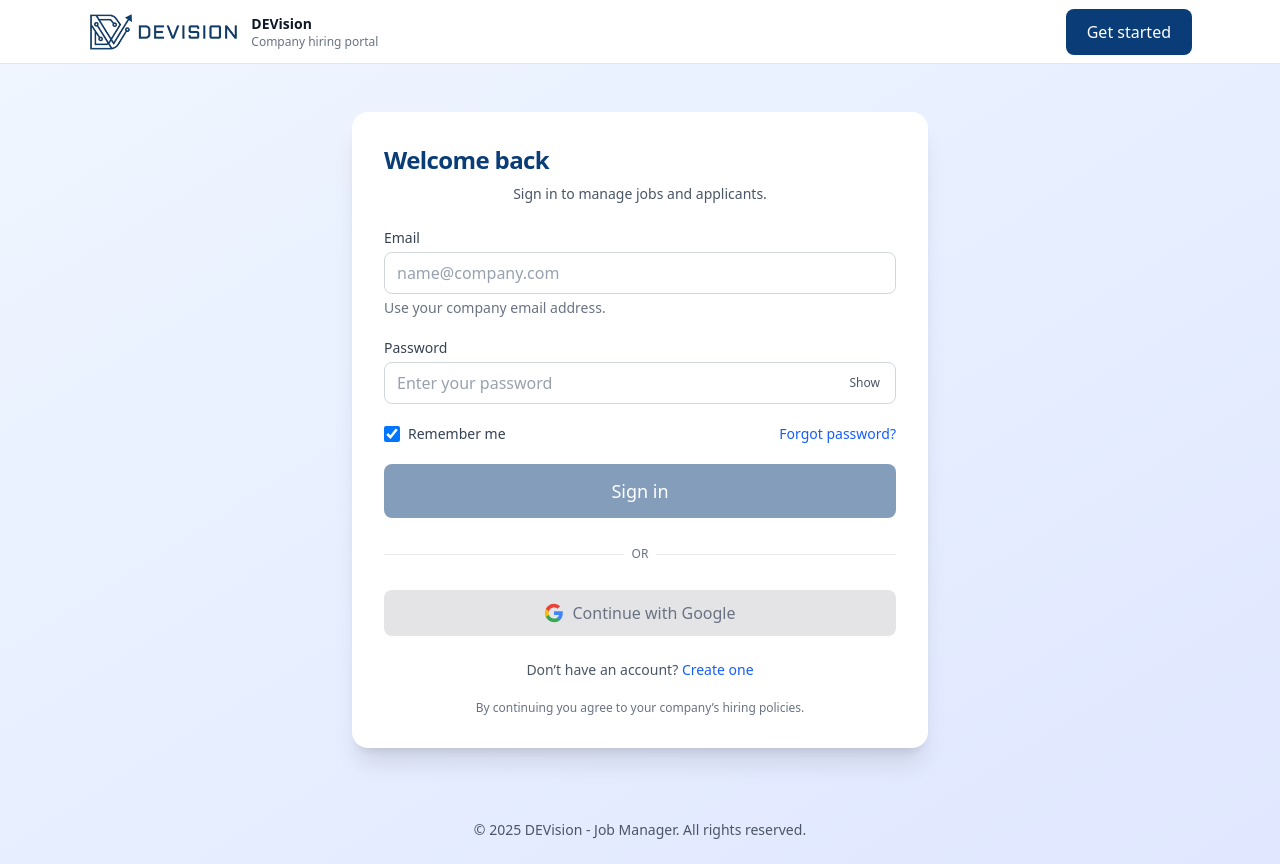
Repository: ISYS3461-2025C-Mulan-DEVision/JobManager_FE
Page: /login
An editor plug-in stored every save of this project. The page is shown before and after the next save, followed by the edit.
The browser window is 1280 px wide. The pictures show the whole page.
The page's requests for data from a server got no answer. The project was rebuilt for these pictures with package versions that can differ from the ones it lists, and the page was loaded fresh each time. No one was signed in, and anything a server would have sent is missing. Also part of the build but not shown: vite.config.js, src/components/ui/Card/Card.tsx, src/components/ui/Spinner/Spinner.tsx, src/components/ui/Alert/Alert.tsx, src/pages/Home.tsx, src/components/headless/Table/Table.tsx, src/components/headless/Modal/Modal.tsx, src/components/feature/Authentication/CompanySignup/CompanySignupForm.tsx and 4 more.

Above is the page before, as saved 2025-12-12 16:03:51.

### index.html
<!doctype html>
<html lang="en">
  <head>
    <meta charset="UTF-8" />
    <link rel="icon" type="image/svg+xml" href="/logo/logo-icon.png" />
    <meta name="viewport" content="width=device-width, initial-scale=1.0" />
    <title>jobmanager-fe</title>
  </head>
  <body>
    <div id="root"></div>
    <script type="module" src="/src/main.jsx"></script>
  </body>
</html>

### src/main.tsx
import React, { StrictMode } from "react";
import { createRoot } from "react-dom/client";
import "./index.css";
import { BrowserRouter } from "react-router-dom";
import App from "./App.js";
import { Provider } from "react-redux";
import store from "./store/index.js";

const container = document.getElementById("root")!;
if (!container) {
    throw new Error("Root container not found");
} else {
    createRoot(container).render(
        <StrictMode>
            <Provider store={store}>
                <BrowserRouter>
                    <App />
                </BrowserRouter>
            </Provider>
        </StrictMode>,
    );
}

### src/index.css
@import "tailwindcss";

@theme {
  --color-heading: #0A3D78;
  --color-dark-blue: #1E293B;
  --color-background: #F8FAFC;
  --color-filled-button: #0A3D78;
}

html,
body {
    height: 100%;
}

:root {
    font-family: system-ui, -apple-system, Segoe UI, Roboto, Helvetica, Arial, sans-serif;
    line-height: 1.5;
    font-weight: 400;
    font-synthesis: none;
    text-rendering: optimizeLegibility;
    -webkit-font-smoothing: antialiased;
    -moz-osx-font-smoothing: grayscale;
}

body {
    margin: 0;
    min-width: 320px;
    min-height: 100vh;
    background: var(--color-background-color);
    color: #0f172a;
}


/* button {
    border-radius: 8px;
    border: 1px solid transparent;
    padding: 0.6em 1.2em;
    font-size: 1em;
    font-weight: 500;
    font-family: inherit;
    background-color: #1a1a1a;
    cursor: pointer;
    transition: border-color 0.25s;
}
button:hover {
    border-color: #646cff;
}
button:focus,
button:focus-visible {
    outline: 4px auto -webkit-focus-ring-color;
} */

### src/App.tsx
import { Routes, Route } from "react-router-dom";
import Home from "./pages/Home";
import LoginPage from "./pages/LoginPage";
import RegistrationPage from "./pages/RegistrationPage";
import AppHeader from "./components/common/AppHeader";

function App() {
    return (
        <div className="min-h-screen bg-background">
            <AppHeader />
            <main>
                <Routes>
                    <Route path="/" element={<Home />} />
                    <Route path="/login" element={<LoginPage />} />
                    <Route path="/register" element={<RegistrationPage />} />
                </Routes>
            </main>
        </div>
    );
}

export default App;

### src/store/index.ts
import configureStore from "./configureStore";
const store = configureStore();
export default store;

### src/pages/LoginPage.tsx
import React from "react";
import { CompanyLogin } from "../components/feature/Authentication/CompanyLogin";
import AuthLayout from "../layout/AuthLayout";

export default function LoginPage() {
    return (
        <AuthLayout>
            <CompanyLogin />
        </AuthLayout>
    );
}

### src/store/configureStore.ts
import { createStore, applyMiddleware, Store } from "redux";
import { createLogger } from "redux-logger";
import createSagaMiddleware from "redux-saga";
import { enableBatching } from "redux-batched-actions";
import createReducer from "./reducers";
import rootSaga from "./saga";

const configureStore = (initialState = {}): Store => {
    const rootReducer = createReducer();
    const sagaMiddleware = createSagaMiddleware();

    const middlewares = [sagaMiddleware];

    const isDev = import.meta.env.VITE_NODE_ENV === "development";

    if (isDev) {
        const loggerMiddleware = createLogger({
            collapsed: () => true,
        });
        (middlewares as any[]).push(loggerMiddleware);
    }

    const store = createStore(
        enableBatching(rootReducer),
        initialState,
        applyMiddleware(...middlewares),
    );

    sagaMiddleware.run(rootSaga);

    return store;
};

export default configureStore;

### src/components/ui/index.ts
// UI Components - Presentational components with styling
export * from "./Button";
export * from "./Input";
export * from "./Card";
export * from "./Spinner";
export * from "./Alert";
export * from "./GoogleLogo";

### src/components/feature/Authentication/CompanyLogin/index.ts
export { CompanyLogin } from "./CompanyLogin";

### src/store/reducers.ts
import { combineReducers } from "redux";
import { reducers } from "../redux";
import _ from "lodash";

const appReducer = combineReducers(reducers);
export default function createReducer() {
    const rootReducer = (state, action) => {
        if (action.type === "FORCE_UPDATE_GLOBAL_STATE") {
            return appReducer(_.cloneDeep(action.payload), action as never);
        }
        return appReducer(state, action as never);
    };

    return rootReducer;
}

### src/store/saga.ts
import { all, fork } from "redux-saga/effects";
import { sagas } from "../redux";

export default function* rootSaga() {
    yield all([...Object.values(sagas)].map(fork));
}

### src/components/ui/Button/index.ts
export { Button } from "./Button";
export type { ButtonProps } from "./Button";

### src/components/ui/Input/index.ts
export { Input } from "./Input";
export type { InputProps } from "./Input";

### src/components/ui/Card/index.ts
export { Card, CardHeader, CardBody, CardFooter } from "./Card";
export type { CardProps } from "./Card";

### src/components/ui/Spinner/index.ts
export { Spinner } from "./Spinner";
export type { SpinnerProps } from "./Spinner";

### src/components/ui/Alert/index.ts
export { Alert } from "./Alert";
export type { AlertProps } from "./Alert";

### src/components/ui/GoogleLogo/index.ts
export { GoogleLogo } from "./GoogleLogo";
export type { GoogleLogoProps } from "./GoogleLogo";

### src/components/feature/Authentication/CompanyLogin/CompanyLogin.tsx
import React from "react";
import { HeadlessForm } from "@/components/headless";
import { CompanyLoginForm } from "./CompanyLoginForm";
import { useCompanyLogin } from "./hooks/useCompanyLogin";
import { LoginPayload } from "../api/AuthService";

// Validation function
const validateLoginForm = (values: LoginPayload) => {
    const errors: Partial<Record<keyof LoginPayload, string>> = {};

    if (!values.email) {
        errors.email = "Email is required";
    } else if (!/^[A-Z0-9._%+-]+@[A-Z0-9.-]+\.[A-Z]{2,}$/i.test(values.email)) {
        errors.email = "Invalid email address";
    }

    if (!values.password) {
        errors.password = "Password is required";
    } else if (values.password.length < 6) {
        errors.password = "Password must be at least 6 characters";
    }

    return errors;
};

export const CompanyLogin: React.FC = () => {
    const { login, isLoading, error, clearError } = useCompanyLogin();

    return (
        <HeadlessForm<LoginPayload>
            initialValues={{ email: "", password: "" }}
            onSubmit={login}
            validate={validateLoginForm}
        >
            {({ values, errors, touched, handleChange, handleBlur }) => (
                <CompanyLoginForm
                    values={values}
                    errors={errors}
                    touched={touched}
                    handleChange={handleChange}
                    handleBlur={handleBlur}
                    isLoading={isLoading}
                    error={error}
                    onDismissError={clearError}
                />
            )}
        </HeadlessForm>
    );
};

### src/redux/index.ts
const loadModules = (modules: Record<string, any>, hasDefault = false) =>
    Object.entries(modules).map(([path, mod]) => {
        const parts = path.split("/");
        return {
            name: parts.at(-1)!.replace(".js", "").toUpperCase(),
            key: parts.at(-2)!,
            data: hasDefault ? mod.default : mod,
        };
    });

const rawActions = loadModules(
    import.meta.glob("./**/actions.ts", { eager: true }),
    true,
);

const rawTypes = loadModules(
    import.meta.glob("./**/types.ts", { eager: true }),
    false,
);

const rawReducers = loadModules(
    import.meta.glob("./**/reducer.ts", { eager: true }),
    true,
);

const rawSagas = loadModules(
    import.meta.glob("./**/saga.ts", { eager: true }),
    false,
);

// Final exports
export const actions = rawActions.reduce((p, e) => ({ ...p, ...e.data }), {});
export const types = rawTypes.reduce((p, e) => ({ ...p, ...e.data }), {});
export const reducers = rawReducers.reduce(
    (p, e) => ({ ...p, [e.key]: e.data }),
    {},
);
export const sagas = rawSagas.reduce((p, e) => ({ ...p, ...e.data }), {});

### src/components/ui/GoogleLogo/GoogleLogo.tsx
import React from "react";
import clsx from "clsx";

export interface GoogleLogoProps {
    size?: "sm" | "md" | "lg";
    className?: string;
}

export const GoogleLogo: React.FC<GoogleLogoProps> = ({
    size = "md",
    className,
}) => {
    const sizeClasses = {
        sm: "w-4 h-4",
        md: "w-5 h-5",
        lg: "w-6 h-6",
    };

    return (
        <svg
            className={clsx(sizeClasses[size], className)}
            viewBox="0 0 24 24"
            xmlns="http://www.w3.org/2000/svg"
        >
            <path
                d="M22.56 12.25c0-.78-.07-1.53-.2-2.25H12v4.26h5.92c-.26 1.37-1.04 2.53-2.21 3.31v2.77h3.57c2.08-1.92 3.28-4.74 3.28-8.09z"
                fill="#4285F4"
            />
            <path
                d="M12 23c2.97 0 5.46-.98 7.28-2.66l-3.57-2.77c-.98.66-2.23 1.06-3.71 1.06-2.86 0-5.29-1.93-6.16-4.53H2.18v2.84C3.99 20.53 7.7 23 12 23z"
                fill="#34A853"
            />
            <path
                d="M5.84 14.09c-.22-.66-.35-1.36-.35-2.09s.13-1.43.35-2.09V7.07H2.18C1.43 8.55 1 10.22 1 12s.43 3.45 1.18 4.93l2.85-2.22.81-.62z"
                fill="#FBBC05"
            />
            <path
                d="M12 5.38c1.62 0 3.06.56 4.21 1.64l3.15-3.15C17.45 2.09 14.97 1 12 1 7.7 1 3.99 3.47 2.18 7.07l3.66 2.84c.87-2.6 3.3-4.53 6.16-4.53z"
                fill="#EA4335"
            />
        </svg>
    );
};

### src/components/headless/index.ts
// Headless Components - Logic without UI
export { HeadlessForm } from "./Form";
export { HeadlessTable } from "./Table";
export { useTable } from "./Table/useTable";
export { HeadlessModal } from "./Modal";

// Types
export * from "./types";
export type { TableColumn } from "./Table/useTable";

### src/components/feature/Authentication/CompanyLogin/CompanyLoginForm.tsx
import React from "react";
import { Link } from "react-router-dom";
import { Input, Button, Alert, GoogleLogo } from "@/components/ui";
import { LoginPayload } from "../api/AuthService";

interface CompanyLoginFormProps {
    values: LoginPayload;
    errors: Partial<Record<keyof LoginPayload, string>>;
    touched: Partial<Record<keyof LoginPayload, boolean>>;
    handleChange: (e: React.ChangeEvent<HTMLInputElement>) => void;
    handleBlur: (field: keyof LoginPayload) => void;
    isLoading: boolean;
    error: string | null;
    onDismissError?: () => void;
}

export const CompanyLoginForm: React.FC<CompanyLoginFormProps> = ({
    values,
    errors,
    touched,
    handleChange,
    handleBlur,
    isLoading,
    error,
    onDismissError,
}) => {
    const [showPassword, setShowPassword] = React.useState(false);
    const [capsLockOn, setCapsLockOn] = React.useState(false);
    const [rememberMe, setRememberMe] = React.useState(true);
    const [showResetHint, setShowResetHint] = React.useState(false);

    const apiBase = import.meta.env.VITE_API_URL ?? "";

    return (
        <div className="w-full">
            <h2 className="text-2xl font-bold tracking-tight text-heading">Welcome back</h2>
            <div className="text-center">

                <p className="mt-2 text-sm text-gray-600">Sign in to manage jobs and applicants.</p>
            </div>

            {error && (
                <Alert type="error" className="mt-6" onClose={onDismissError} title="Sign-in failed">
                    {error}
                </Alert>
            )}

            {showResetHint && (
                <Alert type="info" className="mt-4" onClose={() => setShowResetHint(false)} title="Password reset">
                    Password reset isn’t implemented yet.
                </Alert>
            )}

            <div className="mt-6 space-y-5">
                <Input
                    label="Email"
                    id="email"
                    name="email"
                    type="email"
                    autoComplete="email"
                    required
                    placeholder="name@company.com"
                    value={values.email}
                    onChange={handleChange}
                    onBlur={() => handleBlur("email")}
                    error={touched.email ? errors.email : undefined}
                    helperText={!touched.email ? "Use your company email address." : undefined}
                    fullWidth
                />

                <Input
                    label="Password"
                    id="password"
                    name="password"
                    type={showPassword ? "text" : "password"}
                    autoComplete="current-password"
                    required
                    placeholder="Enter your password"
                    value={values.password}
                    onChange={handleChange}
                    onBlur={() => handleBlur("password")}
                    onKeyUp={(e) => setCapsLockOn((e as any).getModifierState?.("CapsLock") ?? false)}
                    error={touched.password ? errors.password : undefined}
                    helperText={capsLockOn ? "Caps Lock is on." : undefined}
                    endAdornment={
                        <button
                            type="button"
                            onClick={() => setShowPassword((s) => !s)}
                            className="rounded-md px-2 py-1 text-xs font-medium text-gray-600 hover:bg-gray-100"
                            aria-label={showPassword ? "Hide password" : "Show password"}
                        >
                            {showPassword ? "Hide" : "Show"}
                        </button>
                    }
                    fullWidth
                />

                <div className="flex items-center justify-between">
                    <label className="flex items-center gap-2 text-sm text-gray-700">
                        <input
                            type="checkbox"
                            checked={rememberMe}
                            onChange={(e) => setRememberMe(e.target.checked)}
                            className="h-4 w-4 rounded border-gray-300 text-blue-600 focus:ring-blue-500"
                        />
                        Remember me
                    </label>

                    <button
                        type="button"
                        className="text-sm font-medium text-blue-600 hover:text-blue-500"
                        onClick={() => {
                            setShowResetHint(true);
                        }}
                    >
                        Forgot password?
                    </button>
                </div>

                <Button
                    type="submit"
                    variant="primary"
                    size="lg"
                    fullWidth
                    isLoading={isLoading}
                    disabled={!values.email || !values.password}
                >
                    Sign in
                </Button>

                <div className="relative py-2">
                    <div className="absolute inset-0 flex items-center" aria-hidden="true">
                        <div className="w-full border-t border-gray-200" />
                    </div>
                    <div className="relative flex justify-center">
                        <span className="bg-white px-2 text-xs font-medium text-gray-500">OR</span>
                    </div>
                </div>

                <Button
                    type="button"
                    variant="secondary"
                    onClick={() => {
                        const target = `${apiBase}/auth/google`;
                        window.location.href = target;
                    }}
                    className="w-full inline-flex items-center justify-center"
                >
                    <GoogleLogo className="mr-2" />
                    Continue with Google
                </Button>

                <p className="pt-1 text-center text-sm text-gray-600">
                    Don’t have an account?{" "}
                    <Link to="/register" className="font-medium text-blue-600 hover:text-blue-500">
                        Create one
                    </Link>
                </p>

                <p className="text-center text-xs text-gray-500">
                    By continuing you agree to your company’s hiring policies.
                </p>
            </div>
        </div>
    );
};

### src/components/feature/Authentication/CompanyLogin/hooks/useCompanyLogin.ts
import { useState } from "react";
import AuthService, { LoginPayload } from "../../api/AuthService";

export const useCompanyLogin = () => {
    const [isLoading, setIsLoading] = useState(false);
    const [error, setError] = useState<string | null>(null);

    const clearError = () => setError(null);

    const login = async (formData: LoginPayload) => {
        setIsLoading(true);
        setError(null);

        try {
            await AuthService.loginCompany(formData);
            // Handle success (e.g., redirect, store token)
            console.log("Login successful");
        } catch (err) {
            setError("Failed to login. Please check your credentials.");
            console.error(err);
        } finally {
            setIsLoading(false);
        }
    };

    return {
        login,
        isLoading,
        error,
        clearError,
    };
};

### src/redux/app/actions.ts
import * as types from "./type";

const setLoading = (payload: boolean) => ({ type: types.SET_LOADING, payload });
const setError = (payload: string | null) => ({
    type: types.SET_ERROR,
    payload,
});
const setInitialized = (payload: boolean) => ({
    type: types.SET_INITIALIZED,
    payload,
});
const reset = () => ({ type: types.RESET });

const toggleLoadingAsync = (payload: boolean) => ({
    type: types.TOGGLE_LOADING_ASYNC,
    payload,
});

export default {
    setLoading,
    setError,
    setInitialized,
    reset,
    toggleLoadingAsync,
};

### src/redux/app/reducer.ts
import * as types from "./type";
export interface AppState {
    loading: boolean;
    error: string | null;
    initialized?: boolean;
    test: string;
}

const INITIAL_STATE: AppState = {
    loading: true,
    error: null,
    initialized: false,
    test: "test",
};

type Action = { type: string; payload?: any };

export default function appReducer(
    state: AppState = INITIAL_STATE,
    action: Action,
): AppState {
    switch (action.type) {
        case types.SET_LOADING:
            return { ...state, loading: !!action.payload };
        case types.SET_ERROR:
            return { ...state, error: action.payload ?? null, loading: false };
        case types.SET_INITIALIZED:
            return { ...state, initialized: !!action.payload };
        case types.RESET:
            return { ...INITIAL_STATE };
        default:
            return state;
    }
}

### src/redux/app/saga.ts
import { takeEvery, put, delay } from "redux-saga/effects";
import * as types from "./type";
import actions from "./actions";

function* handleToggleLoading(action: any) {
    yield delay(300);
    yield put(actions.setLoading(action.payload));
}

export function* watchToggleLoading() {
    yield takeEvery(types.TOGGLE_LOADING_ASYNC, handleToggleLoading);
}

### src/components/headless/Form/index.ts
export { HeadlessForm } from "./Form";

### src/components/headless/Table/index.ts
export { HeadlessTable } from "./Table";
export { useTable } from "./useTable";
export type { TableColumn } from "./useTable";

### src/components/headless/Modal/index.ts
export { HeadlessModal } from "./Modal";

### src/components/feature/Authentication/api/AuthService.ts
// import { HttpClient } from "../../../../services/httpClient";

export interface LoginPayload {
    email: string;
    password: string;
}

export interface SignupPayload {
    companyName: string;
    email: string;
    password: string;
    confirmPassword: string;
}

export const loginCompany = async (payload: LoginPayload) => {
    // Replace with actual API endpoint
    // return HttpClient.post('/auth/company/login', payload);

    // Mock implementation for now
    console.log("Logging in company with:", payload);
    return new Promise((resolve) => {
        setTimeout(
            () =>
                resolve({
                    token: "mock-token",
                    user: { name: "Company Admin" },
                }),
            1000,
        );
    });
};

export const signupCompany = async (payload: SignupPayload) => {
    // Replace with actual API endpoint
    // return HttpClient.post('/auth/company/signup', payload);

    // Mock implementation for now
    console.log("Signing up company with:", payload);
    return new Promise((resolve) => {
        setTimeout(
            () =>
                resolve({
                    token: "mock-token",
                    user: { name: payload.companyName },
                }),
            1000,
        );
    });
};

const AuthService = {
    loginCompany,
    signupCompany,
};

export default AuthService;

### src/redux/app/type.ts
const prefix = "APP/";

export const SET_LOADING = `${prefix}SET_LOADING`;
export const SET_ERROR = `${prefix}SET_ERROR`;
export const SET_INITIALIZED = `${prefix}SET_INITIALIZED`;
export const RESET = `${prefix}RESET`;

// test async action
export const TOGGLE_LOADING_ASYNC = `${prefix}TOGGLE_LOADING_ASYNC`;

Loaded but not shown: src/components/ui/Button/Button.tsx (81 lines, source omitted); src/components/headless/Form/Form.tsx (93 lines, source omitted); src/components/ui/Input/Input.tsx (62 lines, source omitted); src/components/headless/types.ts (71 lines, source omitted); src/components/headless/Table/useTable.ts (76 lines, source omitted); src/layout/AuthLayout.tsx (41 lines, source omitted); src/components/common/AppHeader.tsx (43 lines, source omitted)

After the next save:
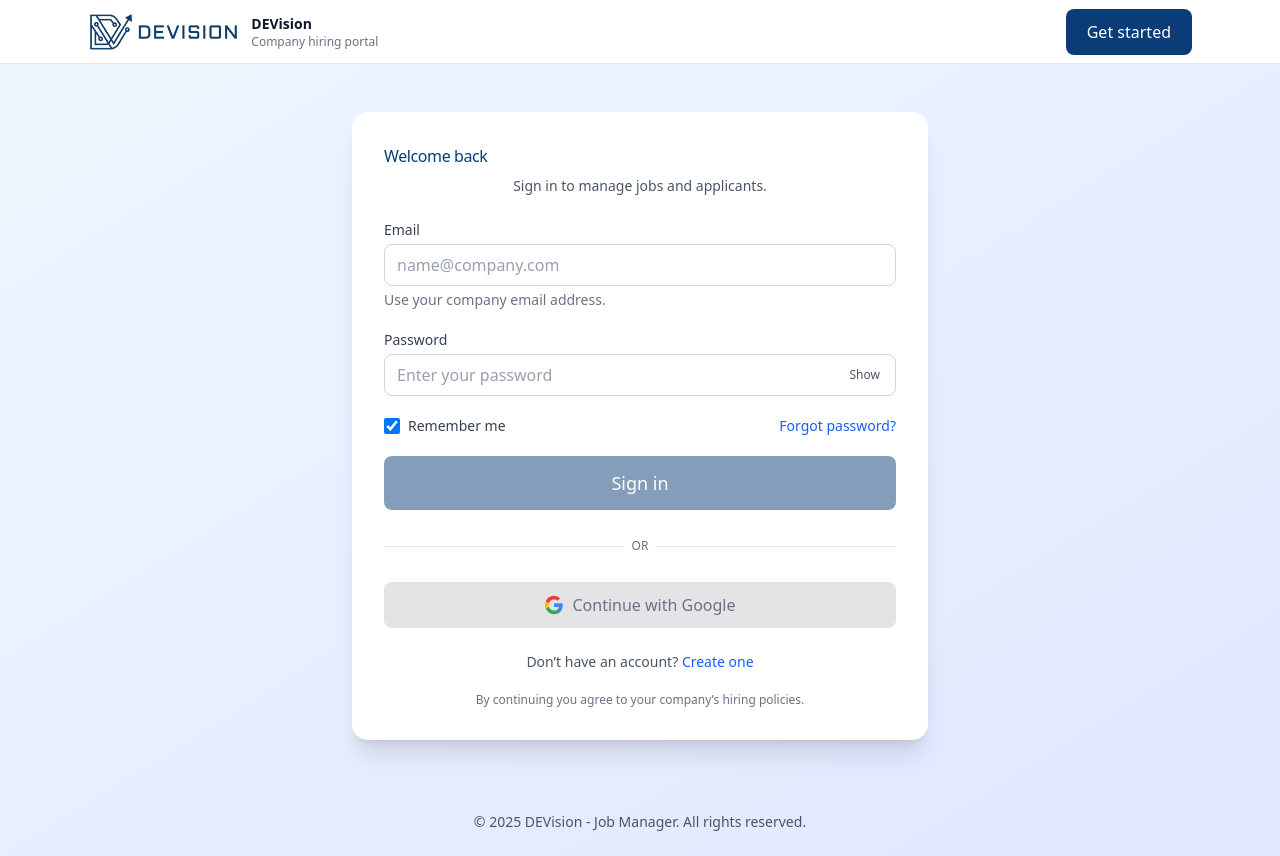
Saved 13 s later.
--- a/src/components/feature/Authentication/CompanyLogin/CompanyLoginForm.tsx
+++ b/src/components/feature/Authentication/CompanyLogin/CompanyLoginForm.tsx
@@ -33,7 +33,7 @@
 
     return (
         <div className="w-full">
-            <h2 className="text-2xl font-bold tracking-tight text-heading">Welcome back</h2>
+            <h2 className="text-base  tracking-tight text-heading">Welcome back</h2>
             <div className="text-center">
 
                 <p className="mt-2 text-sm text-gray-600">Sign in to manage jobs and applicants.</p>
